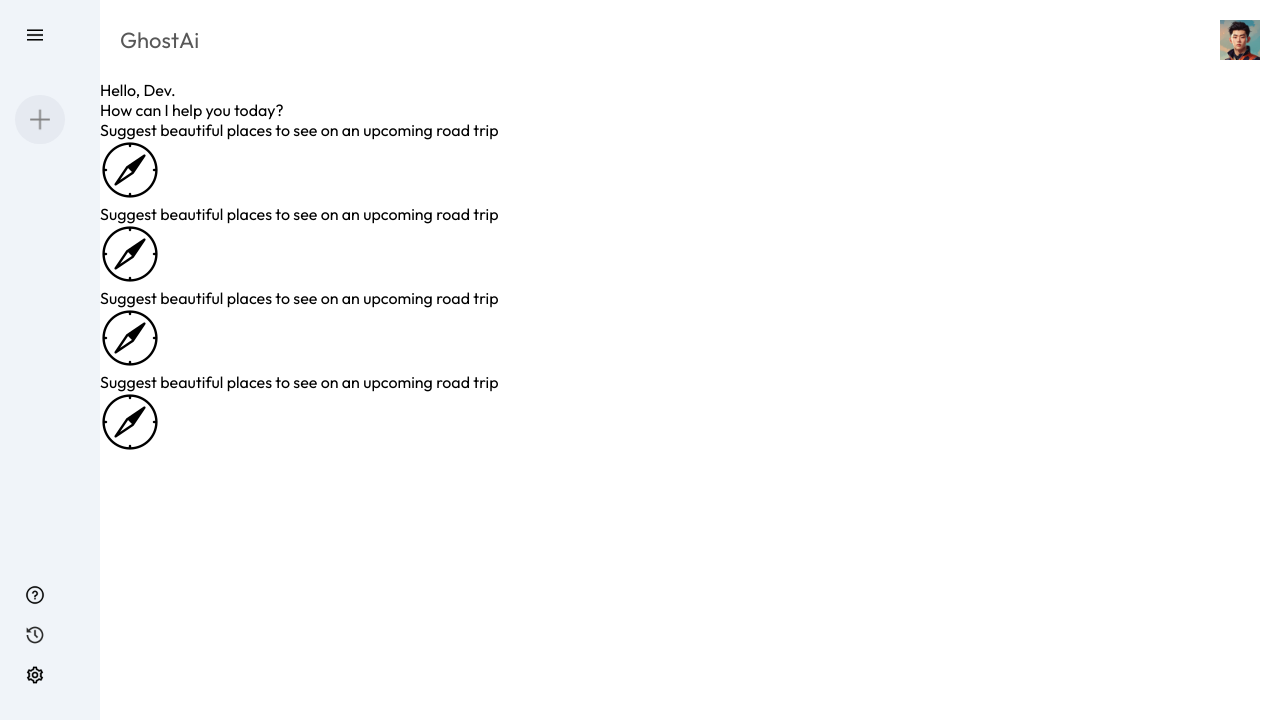
Repository: diyorbe-beep/GhostAi
Page: /
The author's editor kept a copy of each file at every save. The page is drawn from the files as they stood at one save, then again after the next save.
The browser window is 1280 px wide. The pictures show the whole page.
The project was rebuilt for these pictures with package versions that can differ from the ones it lists, and the page was loaded fresh each time. Also part of the build but not shown: vite.config.js.

Above is the page before, as saved 2025-08-31 13:06:28.

After the next save:
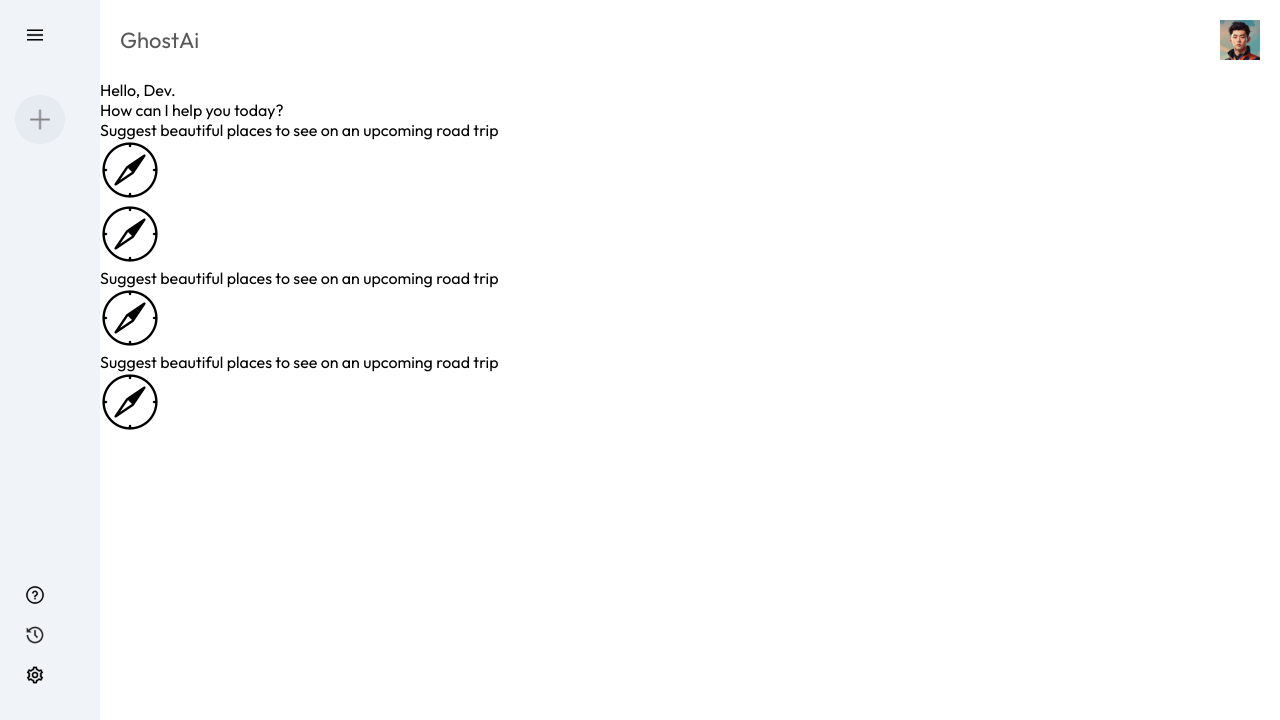
Saved 25 s later.
--- a/src/components/main/main.jsx
+++ b/src/components/main/main.jsx
@@ -19,7 +19,7 @@
                         <img src={assets.compass_icon} alt="" />
                     </div>
                     <div className="card">
-                        <p>Suggest beautiful places to see on an upcoming road trip</p>
+                        <p></p>
                         <img src={assets.compass_icon} alt="" />
                     </div>
                     <div className="card">
